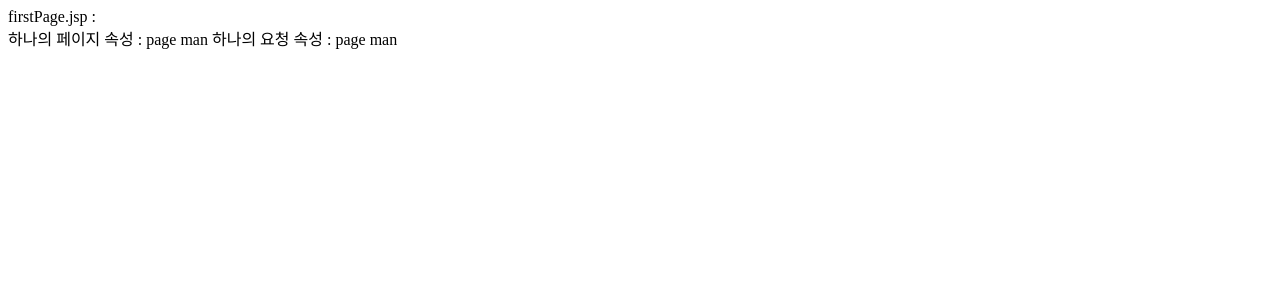
Repository: angwanghyeon/eclipse
Page: http://localhost/sec04/05_firstPage.jsp
These files come from the project's save history. The page is drawn as it stood at one moment and after the next save; the edit follows.
The browser window is 1280 px wide. The pictures show the whole page.
The page is served by Tomcat 9.

Above is the page before, as saved 2023-08-31 06:22:09.

After the next save:
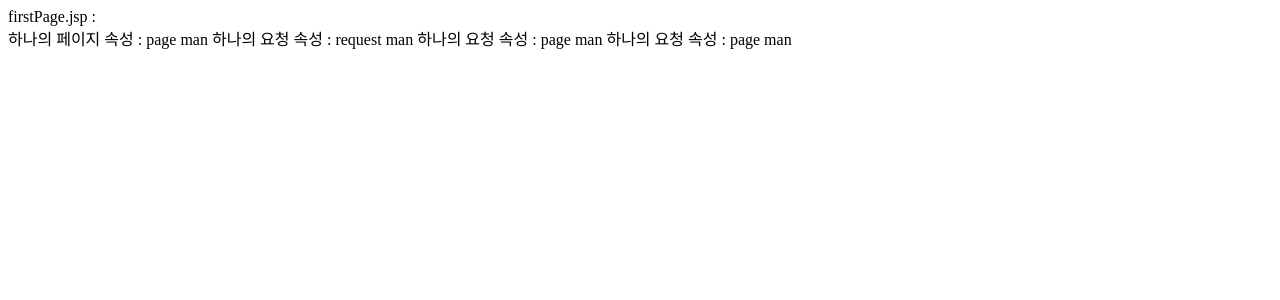
Saved 11 s later.
--- a/sec04/src/main/webapp/05_firstPage.jsp
+++ b/sec04/src/main/webapp/05_firstPage.jsp
@@ -15,6 +15,8 @@ application.setAttribute("name", "application man");
 <body>
 firstPage.jsp : <br>
 하나의 페이지 속성 : <%= pageContext.getAttribute("name") %>
+하나의 요청 속성 : <%= request.getAttribute("name") %>
+하나의 요청 속성 : <%= pageContext.getAttribute("name") %>
 하나의 요청 속성 : <%= pageContext.getAttribute("name") %>
 </body>
 </html>
